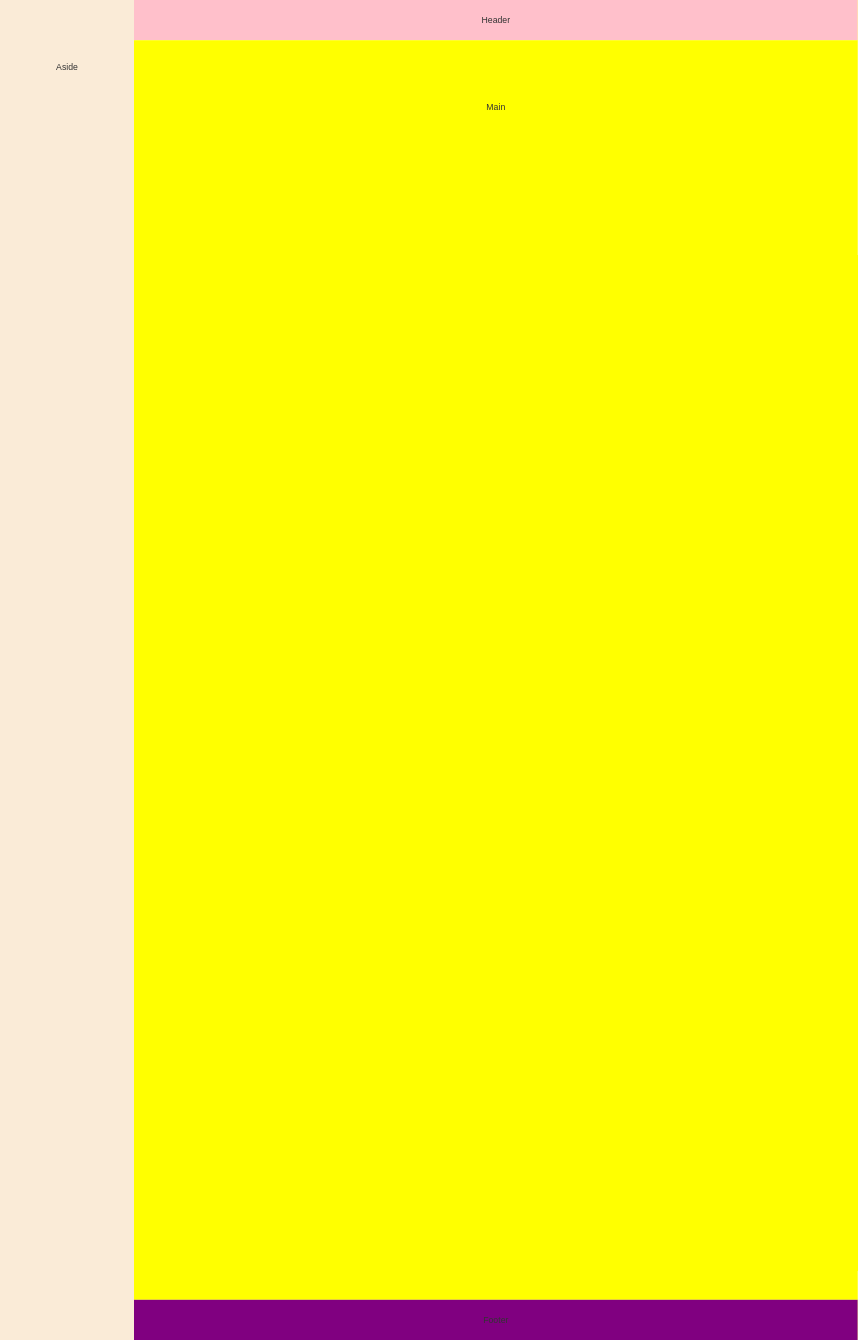
Repository: wuder-jie/Manager-System
Page: /home
The author's editor kept a copy of each file at every save. The page is drawn from the files as they stood at one save, then again after the next save.
The browser window is 1280 px wide. The pictures show the whole page, at 67% of full size.
The project was rebuilt for these pictures with package versions that can differ from the ones it lists, and the page was loaded fresh each time. Also part of the build but not shown: vue.config.js.

Above is the page before, as saved 2022-11-28 13:49:59.

After the next save:
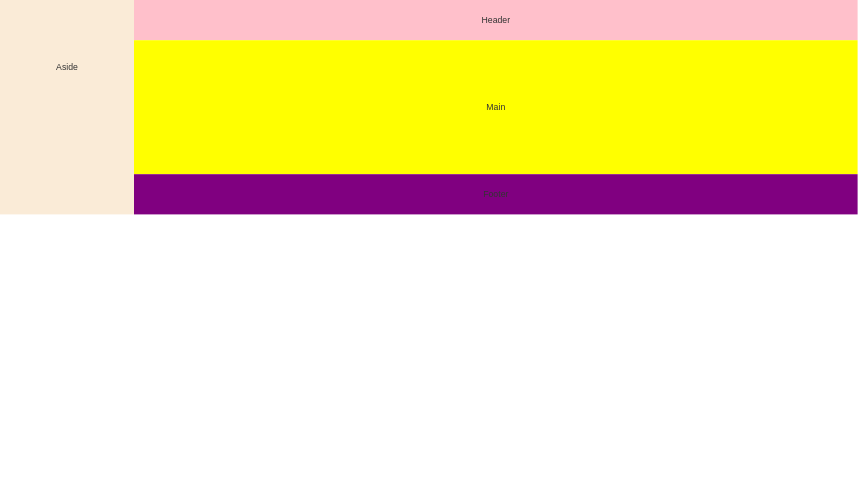
Saved 18 s later.
--- a/src/pages/home/index.vue
+++ b/src/pages/home/index.vue
@@ -61,7 +61,7 @@ export default {
     line-height: 320px;
   }
   .el-aside{
-    height: 2000px;
+    height: px;
     background-color: antiquewhite;
   }
   .el-header{
